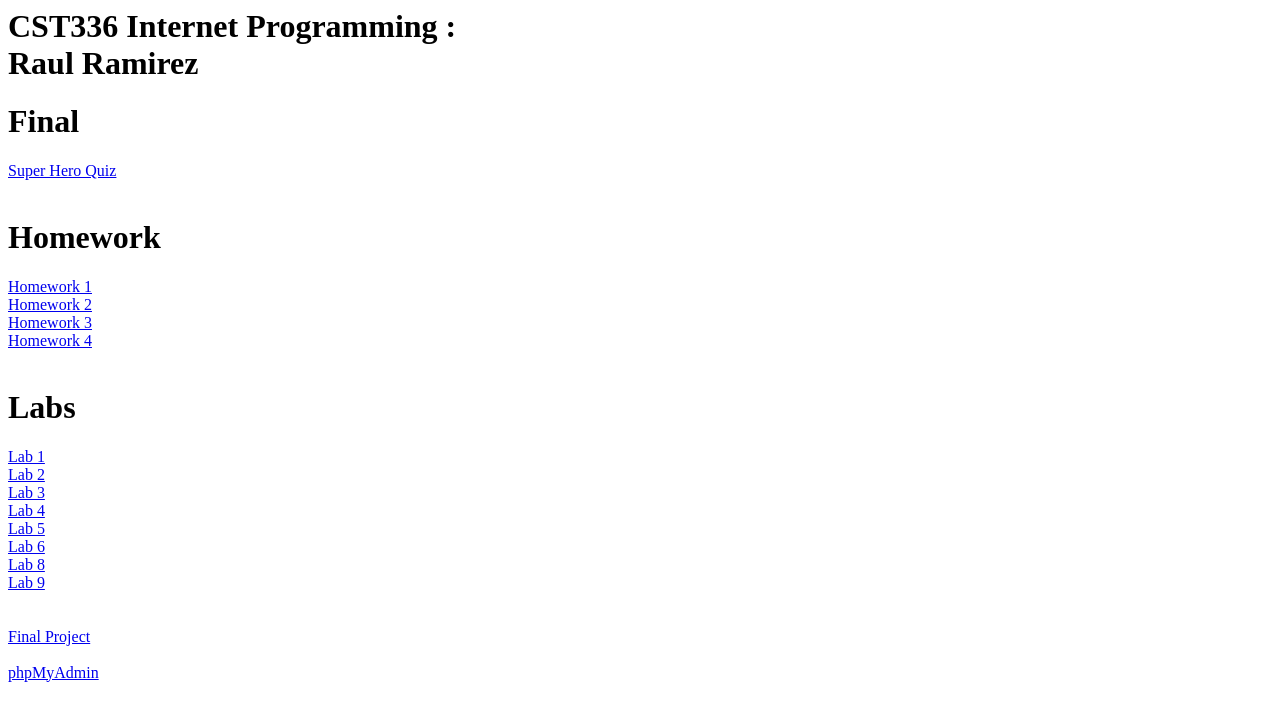
Repository: granolavsraosins/CST336
Page: http://localhost/
The author's editor kept a record of every edit. The page is drawn from the files as they stood at one moment, then again after the next edit.
The browser window is 1280 px wide. The pictures show the whole page.
The page is run by PHP 8.4 with error messages shown; the project is at /var/www/html/.

Above is the page before.

### index.php
<html>
    <body>
<?php
    echo "<h1>CST336 Internet Programming : <br>Raul Ramirez </h1>";
?>
<h1>Final</h1>
<a href="/final/superheroquiz/index.php"> Super Hero Quiz</a>
<br>
<br>

<h1> Homework </h1>
<a href="/rramirezhw1/index.php"> Homework 1</a>
<br>
<a href="/rramirezhw2/index.php"> Homework 2</a>
<br>
<a href="/rramirezhw3/index.php"> Homework 3</a>
<br>
<a href="/rramirezhw4/index.html"> Homework 4</a>
<br><br>
<h1> Labs </h1>
<a href="/rramirezlab1/home.html"> Lab 1 </a>
<br />
<a href="/rramirezlab2/index.php"> Lab 2</a>
<br>
<a href="/rramirezlab3/index.php"> Lab 3</a>
<br>
<a href="/rramirezlab4/index.php"> Lab 4</a>
<br>
<a href="/rramirezlab5/index.php"> Lab 5</a>
<br>
<a href="/rramirezlab6/login.php"> Lab 6</a>
<br>
<a href="/rramirezlab8/index.php"> Lab 8</a>
<br>
<a href="/rramirezlab9/index.php"> Lab 9</a>
<br>
</br>
</br>
<a href="/finalProject/frontPage.php">Final Project</a>
</br>
</br>
<a href="/phpmyadmin/index.php"> phpMyAdmin</a>
<br>
</body>
</html>

After the next edit:
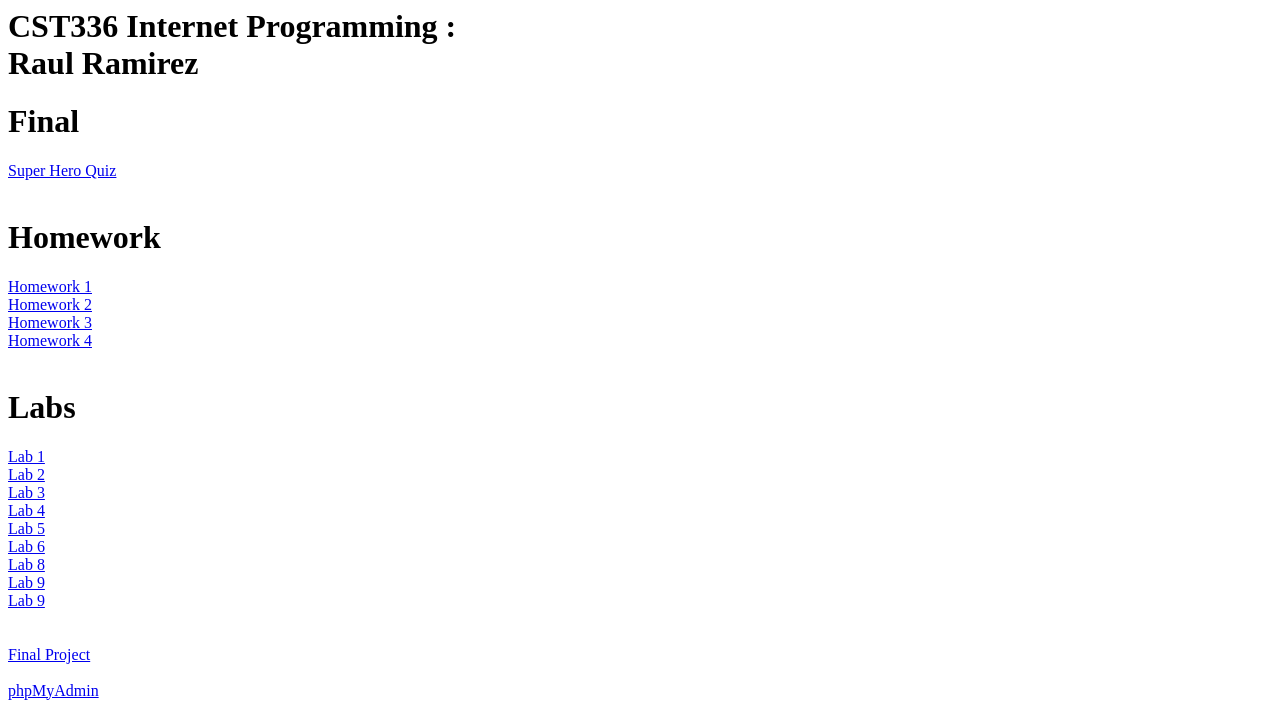
The edit:
--- a/index.php
+++ b/index.php
@@ -34,6 +34,8 @@
 <br>
 <a href="/rramirezlab9/index.php"> Lab 9</a>
 <br>
+<a href="/rramirezlab9/index.php"> Lab 9</a>
+<br>
 </br>
 </br>
 <a href="/finalProject/frontPage.php">Final Project</a>
